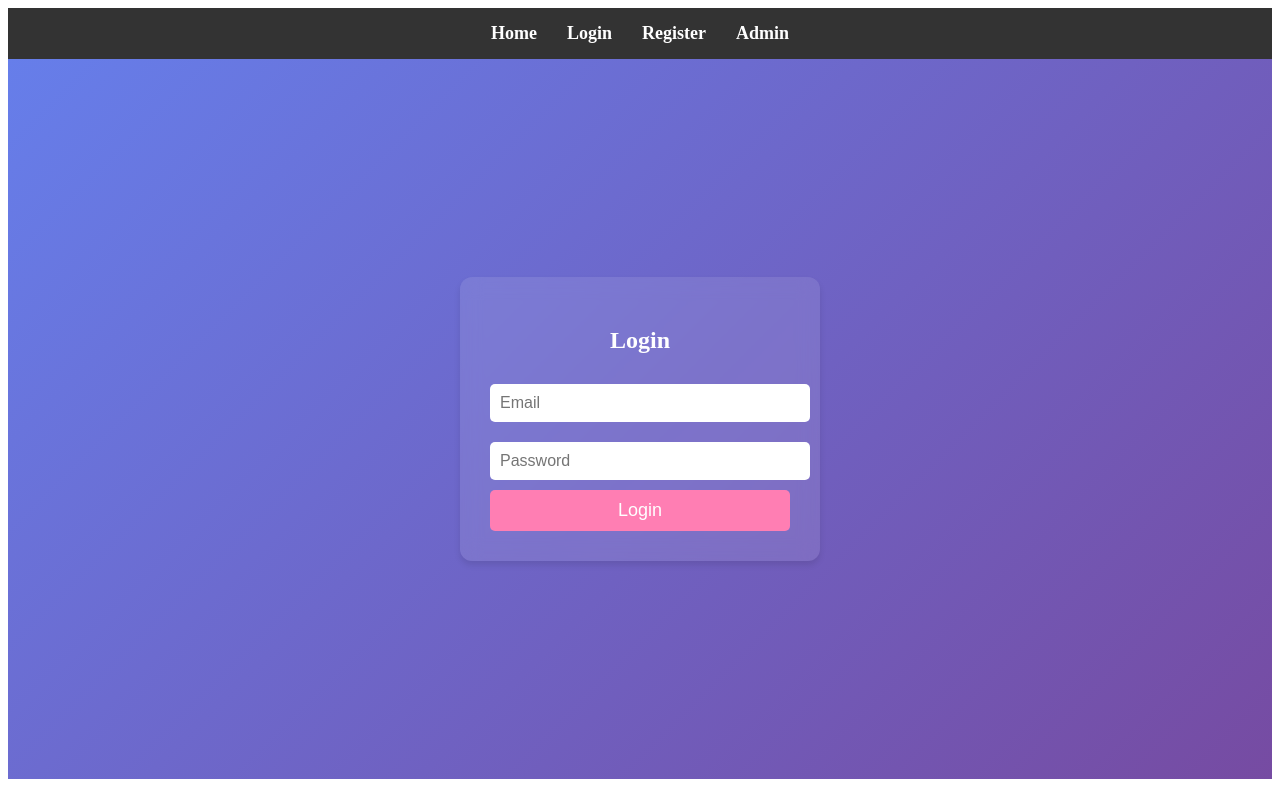
Repository: AhmedIbu/angular-login-app
Page: /login (app in angular-login-app/)
The author's editor kept a copy of each file at every save. The page is drawn from the files as they stood at one save, then again after the next save.
The browser window is 1280 px wide. The pictures show the whole page.
The project was rebuilt for these pictures with package versions that can differ from the ones it lists, and the page was loaded fresh each time. Also part of the build but not shown: angular-login-app/angular.json, angular-login-app/src/app/home/home.component.ts, angular-login-app/src/app/register/register.component.ts, angular-login-app/src/app/services/user.service.ts, angular-login-app/src/app/admin-dashboard/admin-dashboard.component.ts, angular-login-app/src/app/admin-login/admin-login.component.ts, angular-login-app/src/app/user-dashboard/user-dashboard.component.ts.

Above is the page before, as saved 2025-02-21 11:25:32.

After the next save:
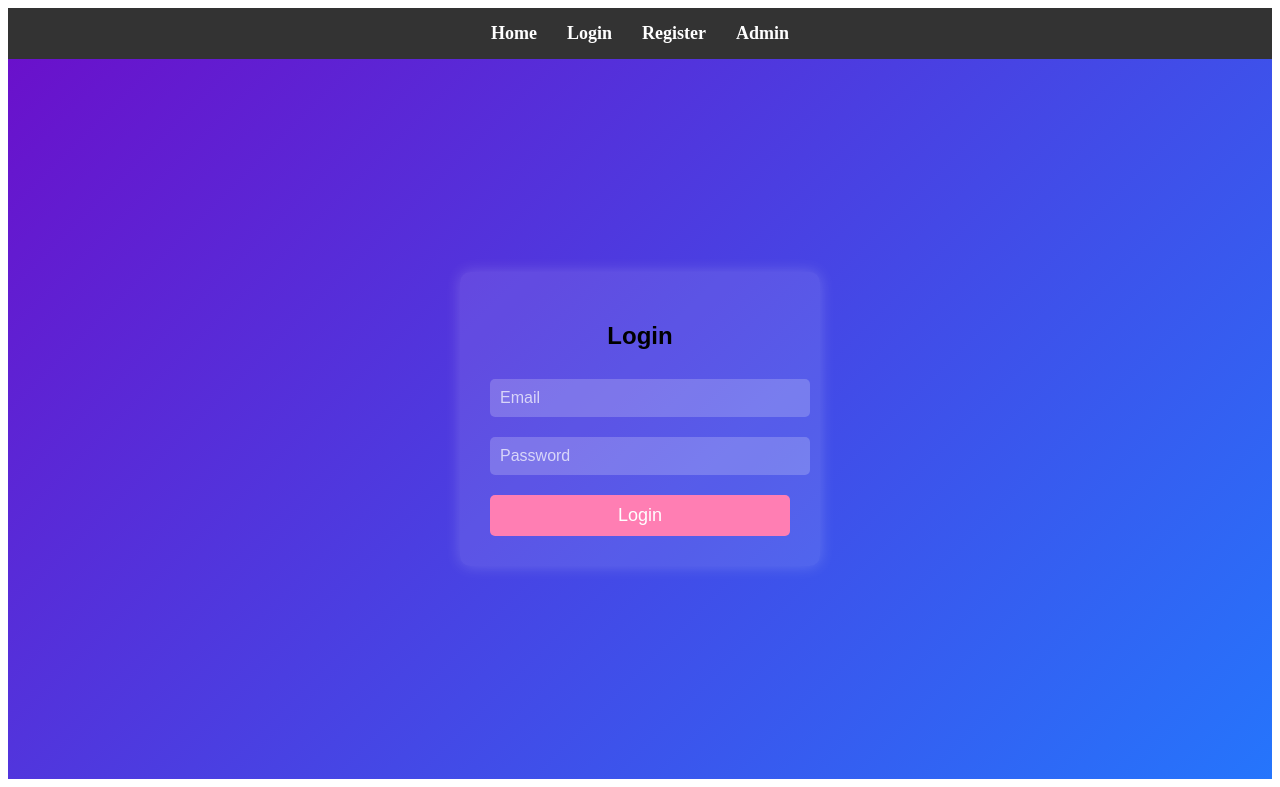
Saved 93 s later.
--- a/angular-login-app/src/app/login/login.component.css
+++ b/angular-login-app/src/app/login/login.component.css
@@ -1,54 +1,74 @@
 /* Centering the login form */
 .login-container {
-    display: flex;
-    justify-content: center;
-    align-items: center;
-    height: 100vh;
-    background: linear-gradient(135deg, #667eea, #764ba2);
-  }
+  display: flex;
+  justify-content: center;
+  align-items: center;
+  height: 100vh;
+  background: linear-gradient(135deg, #6a11cb, #2575fc); /* Same gradient as register */
+  font-family: "Poppins", sans-serif;
+}
 
-  /* Glassmorphism effect for form */
-  .login-box {
-    background: rgba(255, 255, 255, 0.1);
-    backdrop-filter: blur(10px);
-    border-radius: 12px;
-    padding: 30px;
-    box-shadow: 0 4px 6px rgba(0, 0, 0, 0.1);
-    width: 300px;
-    text-align: center;
-    color: #fff;
-  }
+/* Login form styling */
+.login-box {
+  background: rgba(255, 255, 255, 0.1);
+  padding: 30px;
+  border-radius: 10px;
+  box-shadow: 0 0 15px rgba(255, 255, 255, 0.2);
+  width: 300px;
+  text-align: center;
+}
 
-  /* Styling form elements */
-  .login-box h2 {
-    margin-bottom: 20px;
-    font-size: 24px;
-    font-weight: bold;
-  }
+/* Input fields */
+.login-box input {
+  width: 100%;
+  padding: 10px;
+  margin: 10px 0;
+  border: none;
+  border-radius: 5px;
+  background: rgba(255, 255, 255, 0.2);
+  color: #fff;
+  font-size: 16px;
+  outline: none;
+}
 
-  .login-box input {
-    width: 100%;
-    padding: 10px;
-    margin: 10px 0;
-    border: none;
-    border-radius: 5px;
-    font-size: 16px;
-  }
+/* Placeholder text */
+.login-box input::placeholder {
+  color: rgba(255, 255, 255, 0.7);
+}
 
-  /* Login button styles */
-  .login-btn {
-    background: #ff7eb3;
-    color: white;
-    border: none;
-    padding: 10px;
-    font-size: 18px;
-    width: 100%;
-    border-radius: 5px;
-    cursor: pointer;
-    transition: 0.3s;
-  }
+/* Login button */
+.login-box button {
+  width: 100%;
+  padding: 10px;
+  margin-top: 10px;
+  border: none;
+  border-radius: 5px;
+  background: #ff7eb3; /* Matching register button color */
+  color: white;
+  font-size: 18px;
+  cursor: pointer;
+  transition: 0.3s ease-in-out;
+}
 
-  .login-btn:hover {
-    background: #ff4a85;
-    transform: scale(1.05);
-  }
+/* Button hover effect */
+.login-box button:hover {
+  background: #ff4f8b;
+  transform: scale(1.05);
+}
+
+/* Forgot password & Register links */
+.login-box p {
+  margin-top: 10px;
+  font-size: 14px;
+  color: white;
+}
+
+.login-box a {
+  color: #ffb3d9;
+  text-decoration: none;
+  font-weight: bold;
+}
+
+.login-box a:hover {
+  text-decoration: underline;
+}
